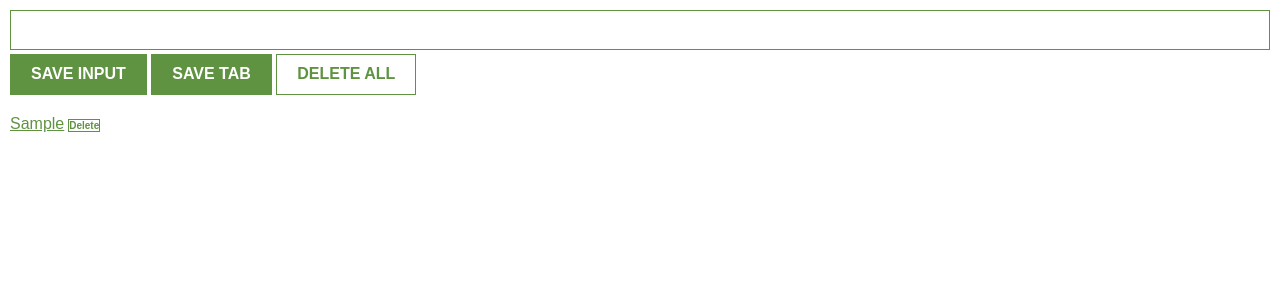
Repository: ananthantharma/Chrome-Extension
Page: index.html
These files come from the project's save history. The page is drawn as it stood at one moment and after the next save; the edit follows.
The browser window is 1280 px wide. The pictures show the whole page.
Empty fields were first filled with sample values (such as "Sample", 5 or name@example.com).
After loading, the first visible `#input-btn` was clicked once.

Above is the page before, as saved 2022-07-20 21:31:29.
Console error: TypeError: Cannot read properties of null (reading 'addEventListener')

### index.css
body {
    margin: 0;
    padding: 10px;
    font-family: Arial, Helvetica, sans-serif;
    min-width: 400px;
}

input {
    width: 100%;
    padding: 10px;
    box-sizing: border-box;
    border: 1px solid #5f9341;
    margin-bottom: 4px;
}

button {
    background: #5f9341;
    color: white;
    padding: 10px 20px;
    border: 1px solid #5f9341;
    font-weight: bold;
}

#delete-btn {
    background: white;
    color: #5f9341;
}

ul {
    margin-top: 20px;
    list-style: none;
    padding-left: 0;
}

li {
    margin-top: 5px;
}

a {
    color: #5f9341;
}

#delete-icon {
    background: white;
    color: #5f9341;
    font-family: Arial, Helvetica, sans-serif;
    font-size:10px;

    margin: 0;
    padding: 0;
    margin-left: 4px;

    line-height: normal;
}
.small-btn{
    background: white;
    color: #5f9341;
    font-family: Arial, Helvetica, sans-serif;
    font-size:10px;

    margin: 0;
    padding: 0;
    margin-left: 4px;

    line-height: normal;
}

### index.js
let myLeads = []
const inputEl = document.getElementById("input-el")
const inputBtn = document.getElementById("input-btn")
const ulEl = document.getElementById("ul-el")
const deleteBtn = document.getElementById("delete-btn")
const leadsFromLocalStorage = JSON.parse( localStorage.getItem("myLeads") )
const tabBtn = document.getElementById("tab-btn")
const li=document.createElement("li")



if (leadsFromLocalStorage) {
    myLeads = leadsFromLocalStorage
    render(myLeads)
   }

tabBtn.addEventListener("click", function(){
    chrome.tabs.query({active: true, currentWindow: true}, function(tabs){
        myLeads.push(tabs[0].url)
        localStorage.setItem("myLeads", JSON.stringify(myLeads) )

        let a5=document.createElement('a')
        let list5 =document.createElement("li")
        let button5=document.createElement('button')

        button5.className="small-btn"
        button5.id="small-button"
        button5.innerHTML="Delete";

        a5.innerHTML=tabs[0].url
        a5.title =tabs[0].url
        a5.href=tabs[0].url



        ulEl.appendChild(list5)
        list5.appendChild(a5)
        list5.appendChild(button5)



        })
    })

function render(leads) {
    for (let i = 0; i < leads.length; i++) {
        //li.appendChild(document.createTextNode(leads[i]));
        let a=document.createElement('a')
        let list =document.createElement("li")
        let button=document.createElement("button")
        button.className="small-btn"
        button.id="small-button"
        button.innerHTML="Delete";
        a.innerHTML=leads[i]
        a.title =leads[i]
        a.href=leads[i]

        ulEl.appendChild(list)
        list.appendChild(a)
        list.appendChild(button)

        }

          }



    deleteBtn.addEventListener("dblclick", function() {
        myLeads = []
        localStorage.clear()
        document.getElementById('ul-el').innerHTML = '';
        console.log(myLeads)
        })





    inputBtn.addEventListener("click", function() {
        myLeads.push(inputEl.value)
        localStorage.setItem("myLeads", JSON.stringify(myLeads))

        let a1=document.createElement('a')
        let list1=document.createElement("li")

        let button2=document.createElement('button')
        button2.className="small-btn"
        button2.id="small-button"
        a1.innerHTML=inputEl.value
        a1.title =inputEl.value
        a1.href=inputEl.value

        button2.innerHTML="Delete"

        ulEl.appendChild(list1);
        list1.appendChild(a1)
        list1.appendChild(button2)


        inputEl.value = ""

        console.log(myLeads)
        })



        /* removeBtn && removeBtn.addEventListener("click", function(){
            myLeads.splice(this.i, 1);
            localStorage.setItem("myLeads", JSON.stringify(myLeads) )
            render(myLeads)
        }) */

     /*    function removebutton(i){
            myLeads.splice(i, 1);
            localStorage.setItem("myLeads", JSON.stringify(myLeads) )
            render(myLeads)
        } */

        document.getElementById("small-button").addEventListener("click", function(){
            li.remove()
         });

Loaded but not shown: index.html (common file)

After the next save:
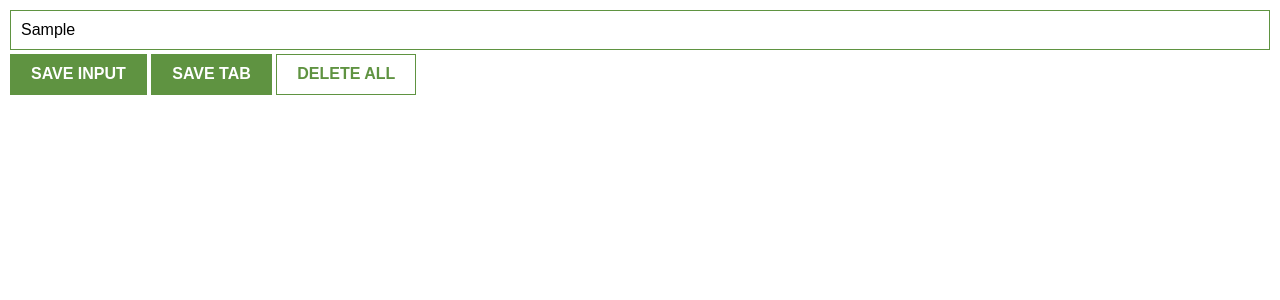
Saved 50 s later.
--- a/index.js
+++ b/index.js
@@ -92,6 +92,11 @@
 
         button2.innerHTML="Delete"
 
+
+        document.getElementById("small-button").addEventListener("click", function(){
+            li.remove()
+         });
+
         ulEl.appendChild(list1);
         list1.appendChild(a1)
         list1.appendChild(button2)
@@ -115,7 +120,3 @@
             localStorage.setItem("myLeads", JSON.stringify(myLeads) )
             render(myLeads)
         } */
-
-        document.getElementById("small-button").addEventListener("click", function(){
-            li.remove()
-         });

After the 2 saves that followed:
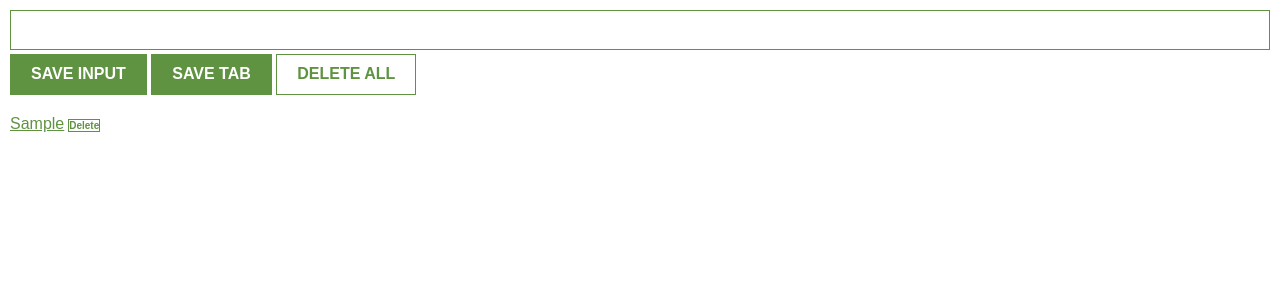
The error is gone.
The 2 saves are shown as one change because 1 left the picture as it was.
The last was saved 51 s later.
--- a/index.js
+++ b/index.js
@@ -91,18 +91,15 @@
         a1.href=inputEl.value
 
         button2.innerHTML="Delete"
-
-
-        document.getElementById("small-button").addEventListener("click", function(){
-            li.remove()
-         });
-
         ulEl.appendChild(list1);
         list1.appendChild(a1)
         list1.appendChild(button2)
 
 
         inputEl.value = ""
+        document.getElementById("small-button").addEventListener("click", function(){
+            list1.remove()
+         });
 
         console.log(myLeads)
         })
